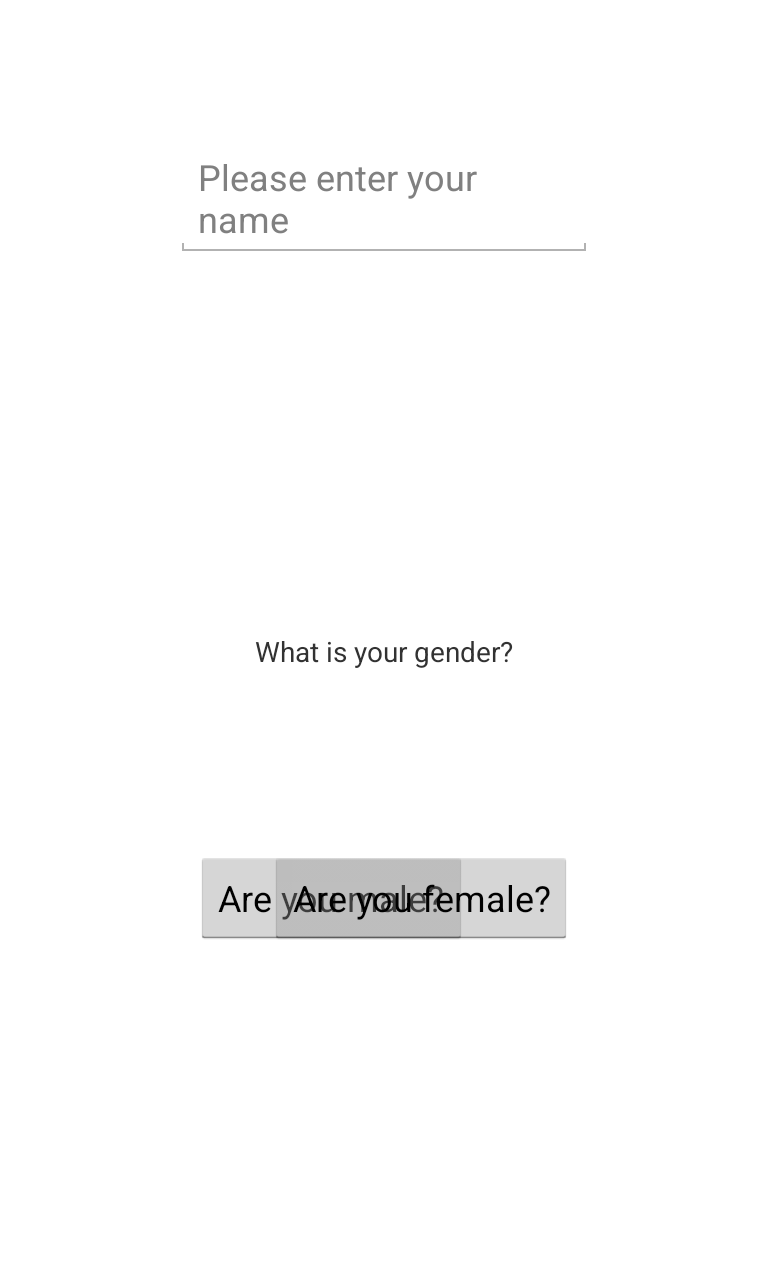
Repository: lorano122/FractionTutor
Layout: PokemonFractions/res/layout/activity_main.xml
The author's editor kept a copy of each file at every save. The layout is drawn from the files as they stood at one save, then again after the next save.
It is drawn on a 768 x 1280 px phone screen (xhdpi) without system bars, with theme AppTheme; the app's code is not run.

Above is the layout before, as saved 2012-11-25 21:28:00.

### PokemonFractions/res/layout/activity_main.xml
<RelativeLayout xmlns:android="http://schemas.android.com/apk/res/android"
    xmlns:tools="http://schemas.android.com/tools"
    android:layout_width="match_parent"
    android:layout_height="match_parent" >

    <Button
        android:id="@+id/male"
        android:layout_width="wrap_content"
        android:layout_height="wrap_content"
        android:layout_alignParentBottom="true"
        android:layout_alignParentLeft="true"
        android:layout_marginBottom="167dp"
        android:layout_marginLeft="97dp"
        android:text="Are you male?"
        android:onClick = "true" />

    <Button
        android:id="@+id/female"
        android:layout_width="wrap_content"
        android:layout_height="wrap_content"
        android:layout_alignBaseline="@+id/male"
        android:layout_alignBottom="@+id/male"
        android:layout_alignParentRight="true"
        android:layout_marginRight="97dp"
        android:text="Are you female?"
        android:onClick = "true" />

    <EditText
        android:id="@+id/name"
        android:layout_width="wrap_content"
        android:layout_height="wrap_content"
        android:layout_alignParentTop="true"
        android:layout_centerHorizontal="true"
        android:layout_marginTop="69dp"
        android:ems="10"
        android:hint="Please enter your name" />

    <TextView
        android:id="@+id/text1"
        android:layout_width="wrap_content"
        android:layout_height="wrap_content"
        android:layout_above="@+id/female"
        android:layout_centerHorizontal="true"
        android:layout_marginBottom="90dp"
        android:text="What is your gender?" />

</RelativeLayout>

Loaded but not shown: PokemonFractions/res/values-v11/styles.xml (common file); PokemonFractions/res/values-v14/styles.xml (common file); PokemonFractions/res/values/styles.xml (common file)

After the next save:
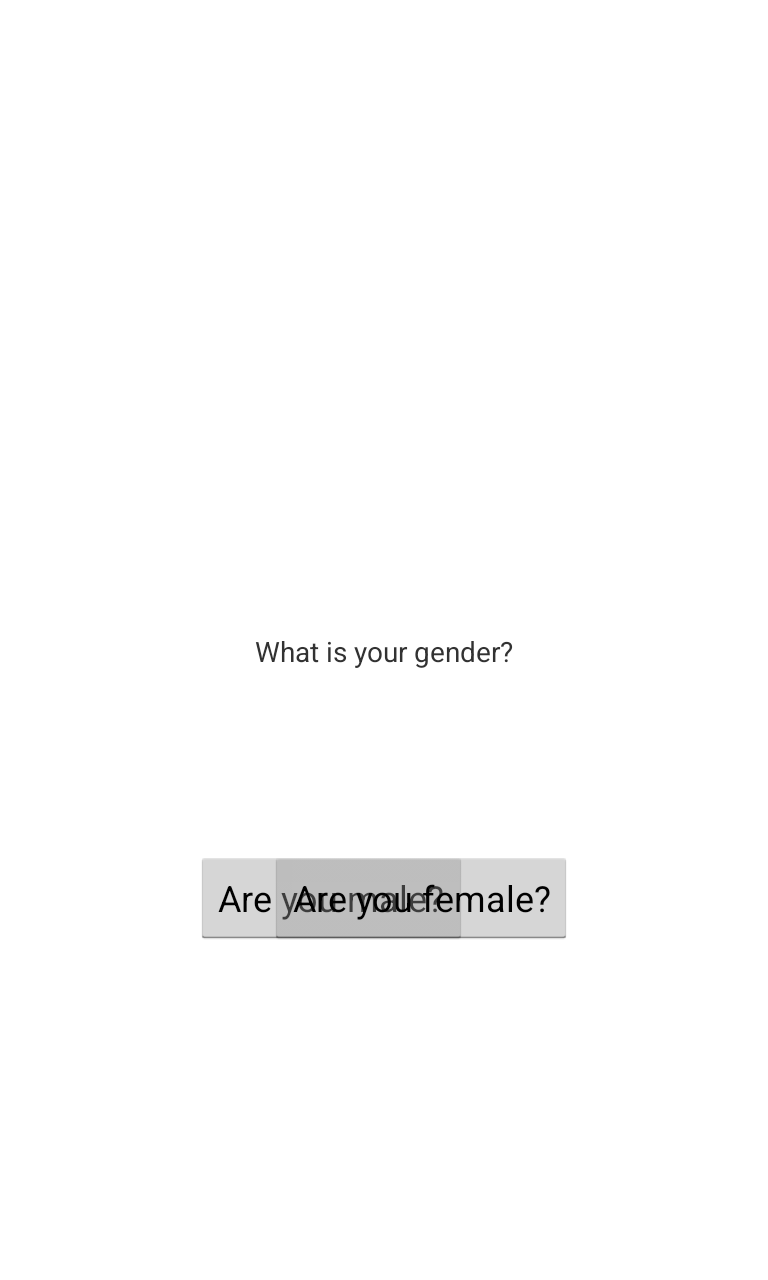
Saved 18 min 59 s later.
--- a/PokemonFractions/res/layout/activity_main.xml
+++ b/PokemonFractions/res/layout/activity_main.xml
@@ -25,15 +25,7 @@
         android:text="Are you female?"
         android:onClick = "true" />
 
-    <EditText
-        android:id="@+id/name"
-        android:layout_width="wrap_content"
-        android:layout_height="wrap_content"
-        android:layout_alignParentTop="true"
-        android:layout_centerHorizontal="true"
-        android:layout_marginTop="69dp"
-        android:ems="10"
-        android:hint="Please enter your name" />
+
 
     <TextView
         android:id="@+id/text1"
